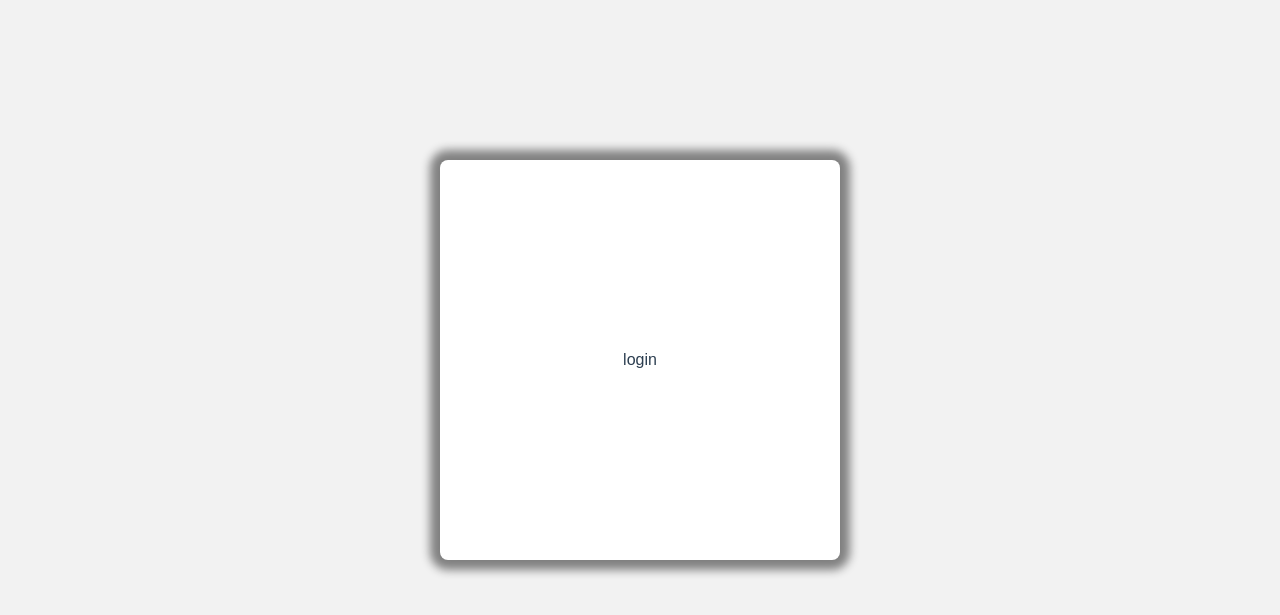
Repository: omsGroup/oms
Page: /#/recover
The author's editor kept a copy of each file at every save. The page is drawn from the files as they stood at one save, then again after the next save.
The browser window is 1280 px wide. The pictures show the whole page.
The project was rebuilt for these pictures with package versions that can differ from the ones it lists, and the page was loaded fresh each time.

Above is the page before, as saved 2018-09-02 21:03:11.

After the next save:
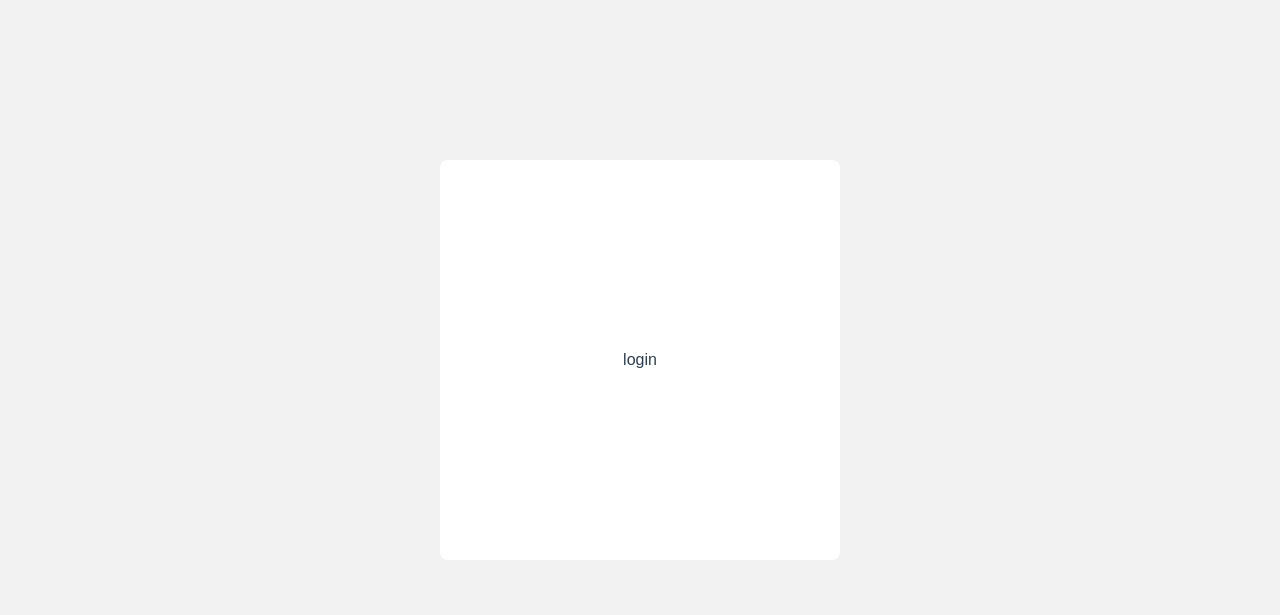
Saved 13 s later.
--- a/src/components/login.vue
+++ b/src/components/login.vue
@@ -57,7 +57,7 @@ export default {
             height:400px;
             // border:1px solid #999;
             border-radius:8px;
-            box-shadow: gray 0px 0px 10px 10px;
+            box-shadow: f2f2f2 0px 0px 10px 10px;
             background:#fff;
         }
     }
